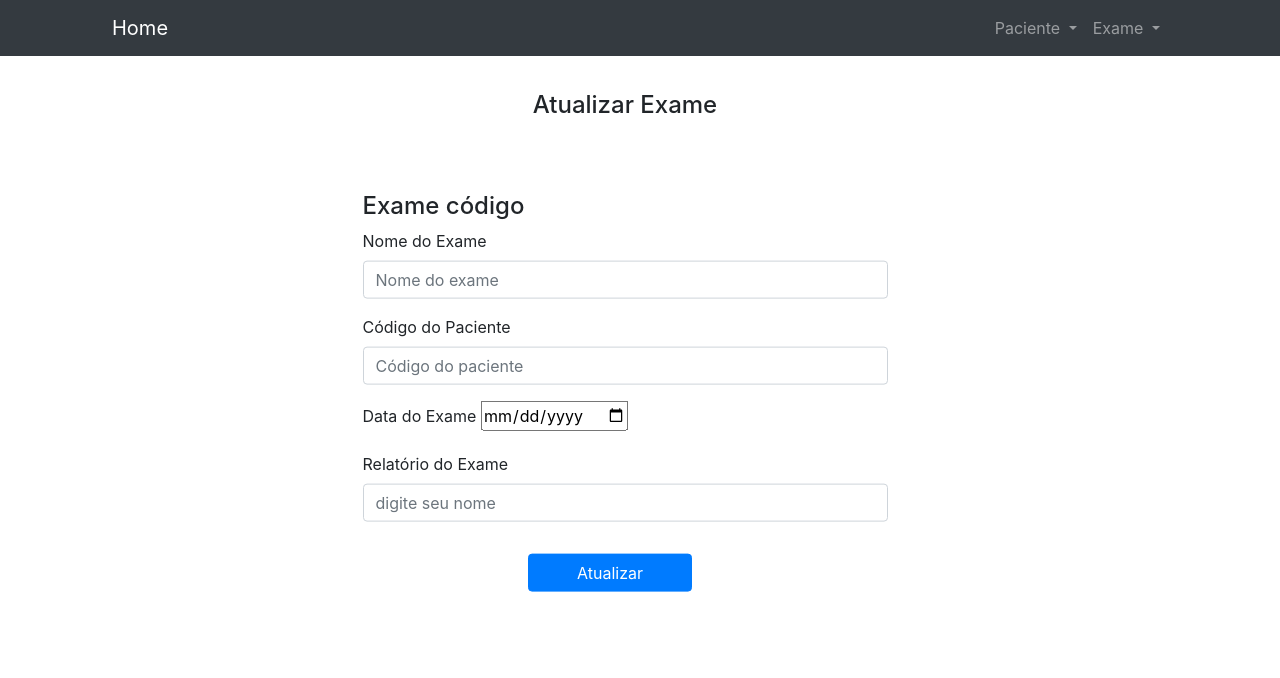
Repository: noobDevPRB/struts2_project
Page: http://localhost/Projeto_SOCTest/WEB-INF/jsp/exame/atualizar.jsp
An editor plug-in stored every save of this project. The page is shown before and after the next save, followed by the edit.
The browser window is 1280 px wide. The pictures show the whole page.
The page is served by Tomcat 9. Nobody is signed in. The template is opened directly, without the code that normally fills it, so the values that code supplies are empty.

Above is the page before, as saved 2020-10-18 17:26:49.

After the next save:
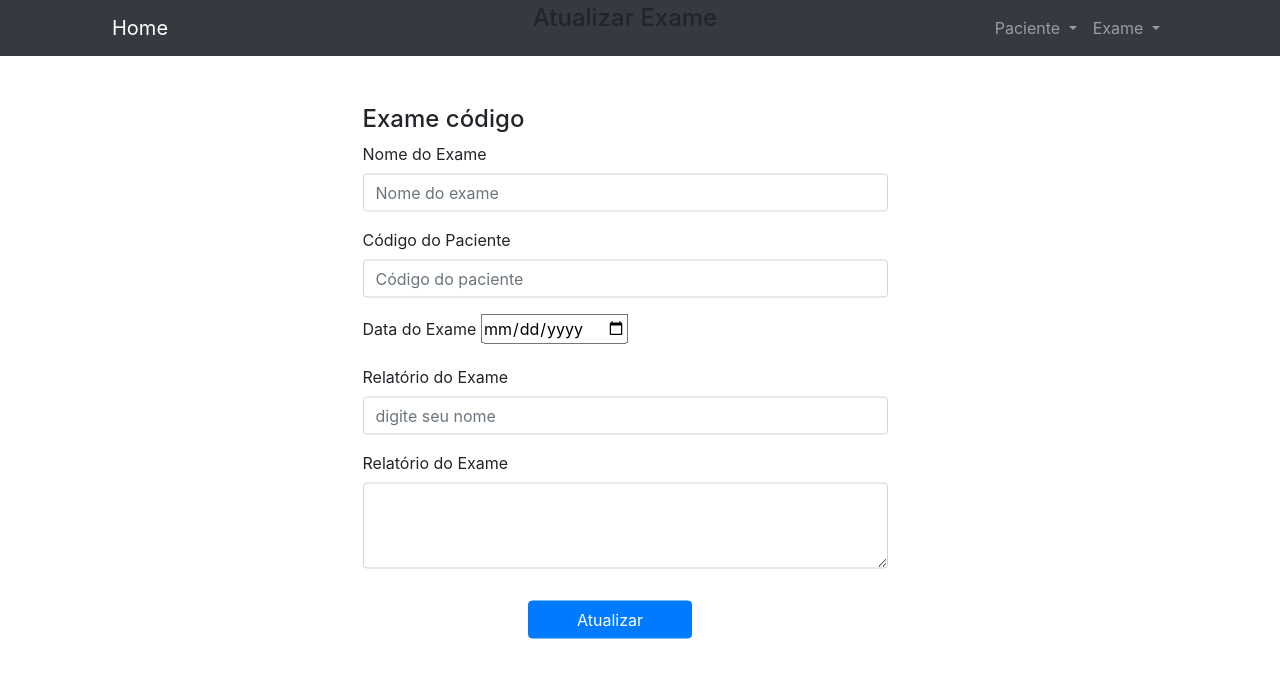
Saved 7 min 23 s later.
--- a/Projeto_SOCTest/WebContent/WEB-INF/jsp/exame/atualizar.jsp
+++ b/Projeto_SOCTest/WebContent/WEB-INF/jsp/exame/atualizar.jsp
@@ -41,6 +41,11 @@
 						<input class="form-control" value="${exame.resultado}" type="text" maxlength="40" placeholder="digite seu nome" name="exame.resultado">
 					</div>
 
+					<div class="form-group">
+						<label>Relatório do Exame</label>
+						<textarea class="form-control" rows="3"></textarea>
+					</div>
+
 					<div class="pt-3 row justify-content-center">
 						<input value="${exame.id}" type="hidden" name="exame.id">
 						<button type="submit" class="btn btn-primary px-5" value="Cadastrar">Atualizar</button>
